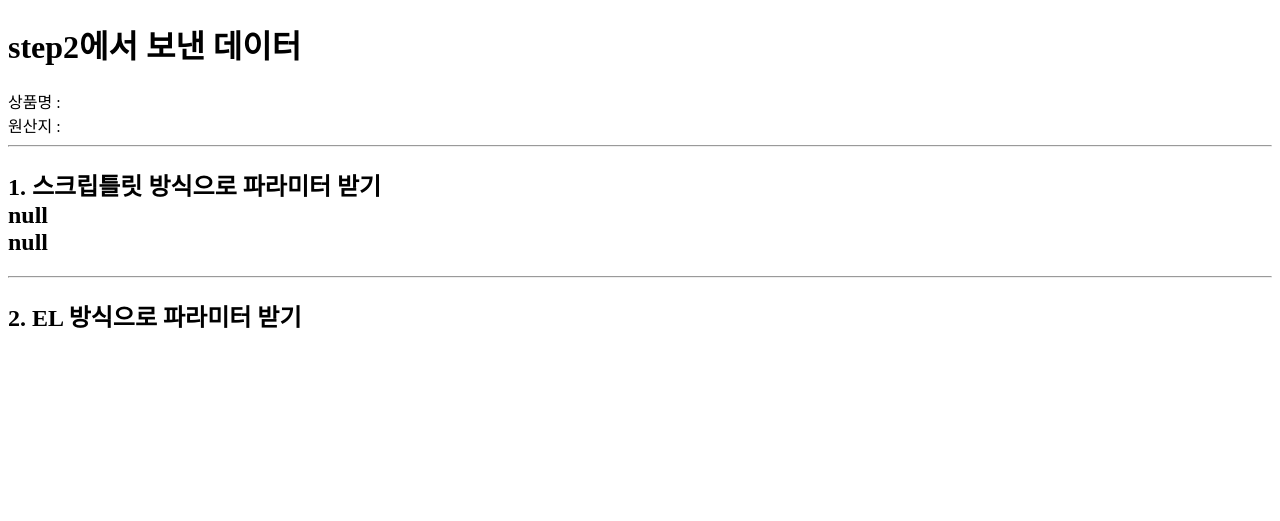
Repository: HaeunOh/study
Page: http://localhost/jstl_study/step-3.jsp
The author's editor kept a copy of each file at every save. The page is drawn from the files as they stood at one save, then again after a run of saves.
The browser window is 1280 px wide. The pictures show the whole page.
The page is served by Tomcat 9. Other server files are loaded and not shown.

Above is the page before, as saved 2024-04-11 03:13:14.

### _jstl_workspace/jstl_study/src/main/webapp/step-3.jsp
<%@ page language="java" contentType="text/html; charset=UTF-8"
    pageEncoding="UTF-8"%>
<!DOCTYPE html>
<html>
<head>
<meta charset="UTF-8">
<title>step3</title>
</head>
<body>
	<h1>step2에서 보낸 데이터</h1>
	상품명 : ${param.name } <br>
	원산지 : ${param.addr } <br>
	<hr>
	<h2>
		1. 스크립틀릿 방식으로 파라미터 받기 <br>
		<!-- 잘 쓰지 않는 방식...  -->
		<%= request.getParameter("name") %> <br>
		<%= request.getParameter("addr") %> <br>
		<!-- < %= request.setAttribute(name, o)%> -->
	</h2>
	<hr>
	<h2>
		2. EL 방식으로 파라미터 받기 <br>
		${param.name } <br>
		${param.addr } <br>
	</h2>
</body>
</html>

After the next 2 saves:
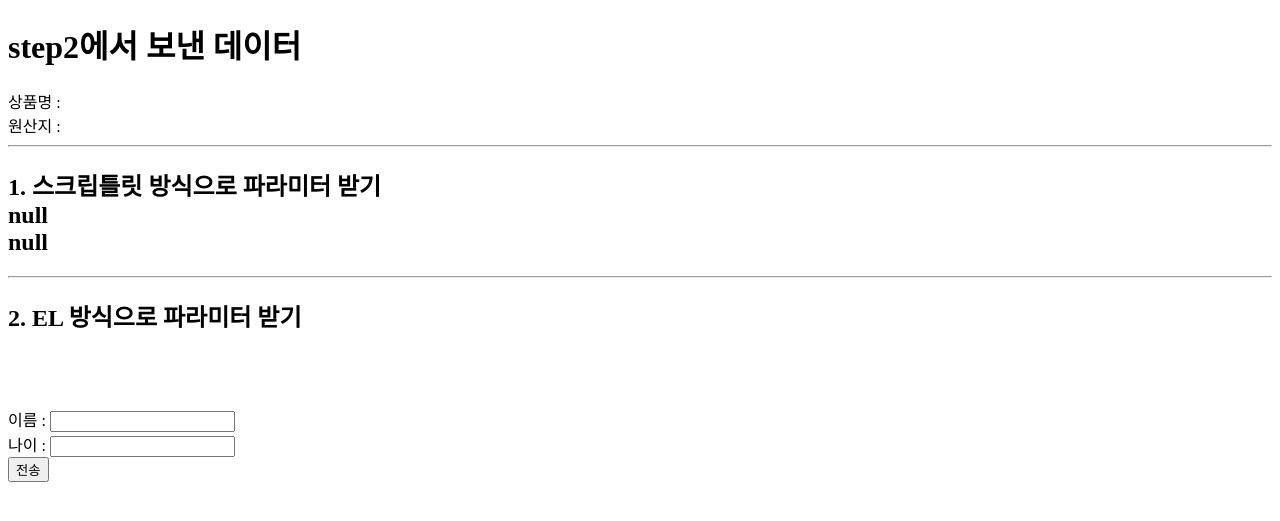
The 2 saves are shown as one change because they came seconds apart.
The last was saved 2 min 47 s later.
--- a/_jstl_workspace/jstl_study/src/main/webapp/step-3.jsp
+++ b/_jstl_workspace/jstl_study/src/main/webapp/step-3.jsp
@@ -24,5 +24,22 @@
 		${param.name } <br>
 		${param.addr } <br>
 	</h2>
+
+	<!-- form tag로 데이터 전송 -->
+	<!-- queryString 방식의 전송은 get방식으로 전송 -->
+	<!-- form tag 전송방식은 선택 가능, get/post 방식 중 선택 가능 -->
+	<form action="step-4.jsp">
+	이름 : <input type="text" name="name"> <br>
+	나이 : <input type="text" name="age"> <br>
+	<button type="submit">전송</button>
+	</form>
+
+
+
+
+
+
+
+
 </body>
 </html>
